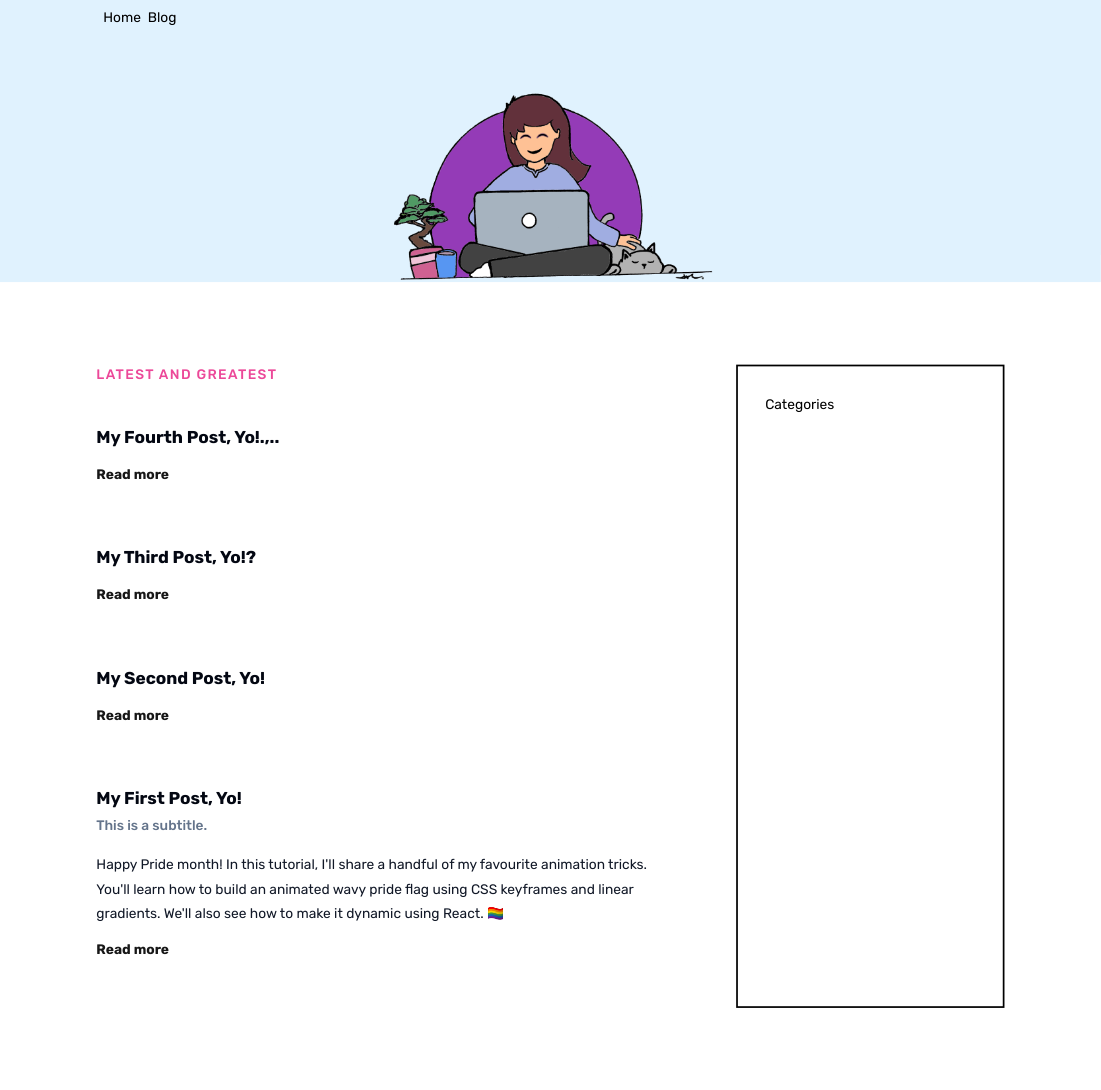
Repository: Risclover/markdown-blog
Page: /
The author's editor kept a copy of each file at every save. The page is drawn from the files as they stood at one save, then again after the next save.
The browser window is 1280 px wide. The pictures show the whole page, at 86% of full size.
The project was rebuilt for these pictures with package versions that can differ from the ones it lists, and the page was loaded fresh each time. Also part of the build but not shown: src/ErrorPage.js, src/pages/PostPage/PostPage.js.

Above is the page before, as saved 2023-06-29 04:36:13.

After the next save:
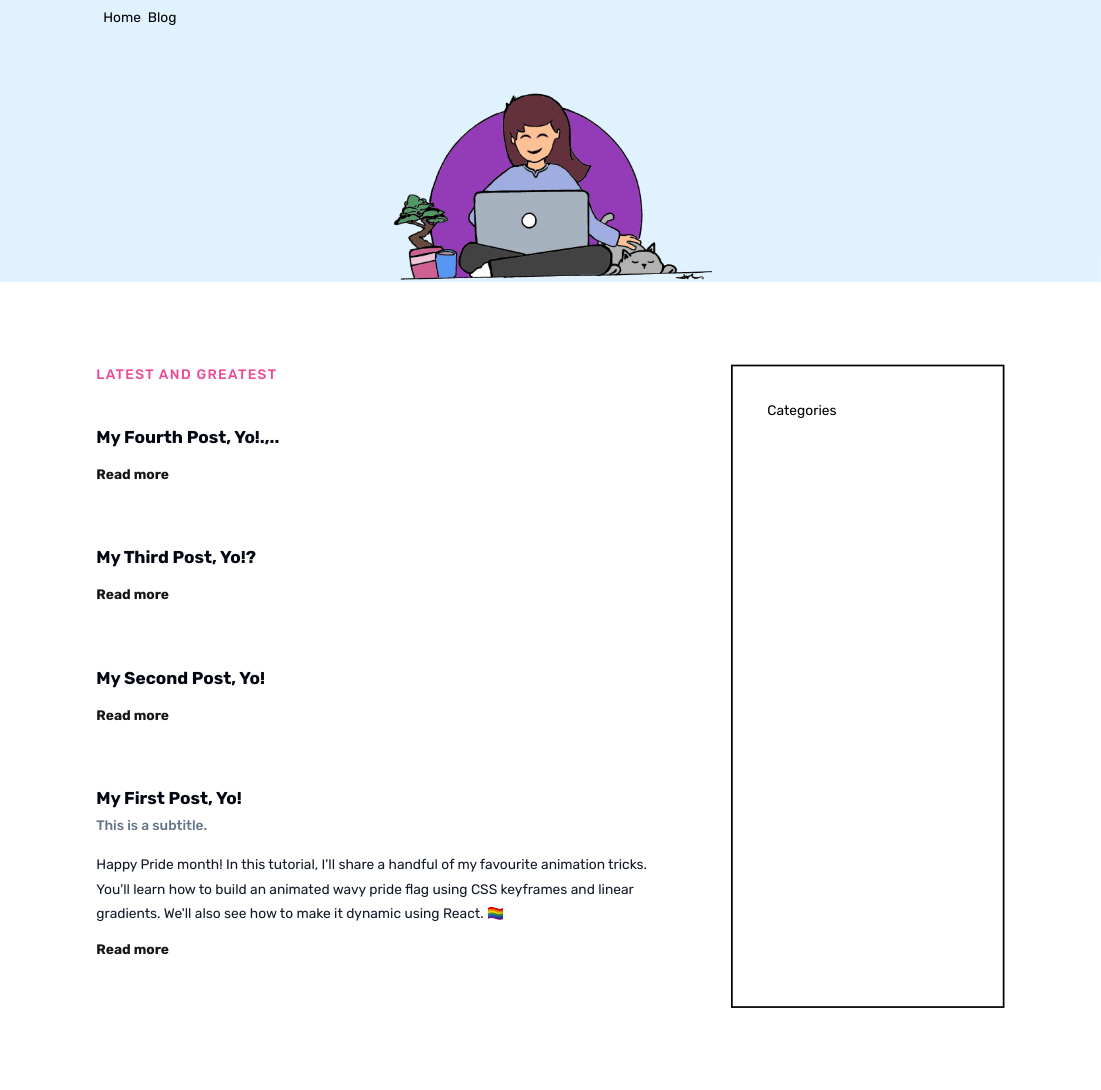
Saved 6 s later.
--- a/src/pages/Home/Categories.js
+++ b/src/pages/Home/Categories.js
@@ -1,7 +1,5 @@
 import React from "react";
 
 export default function Categories() {
-  return (
-    <section className="w-3/6 border-2 border-black p-8">Categories</section>
-  );
+  return <section className="w-3/6 border-2 border-black p-10">Categories</section>;
 }
